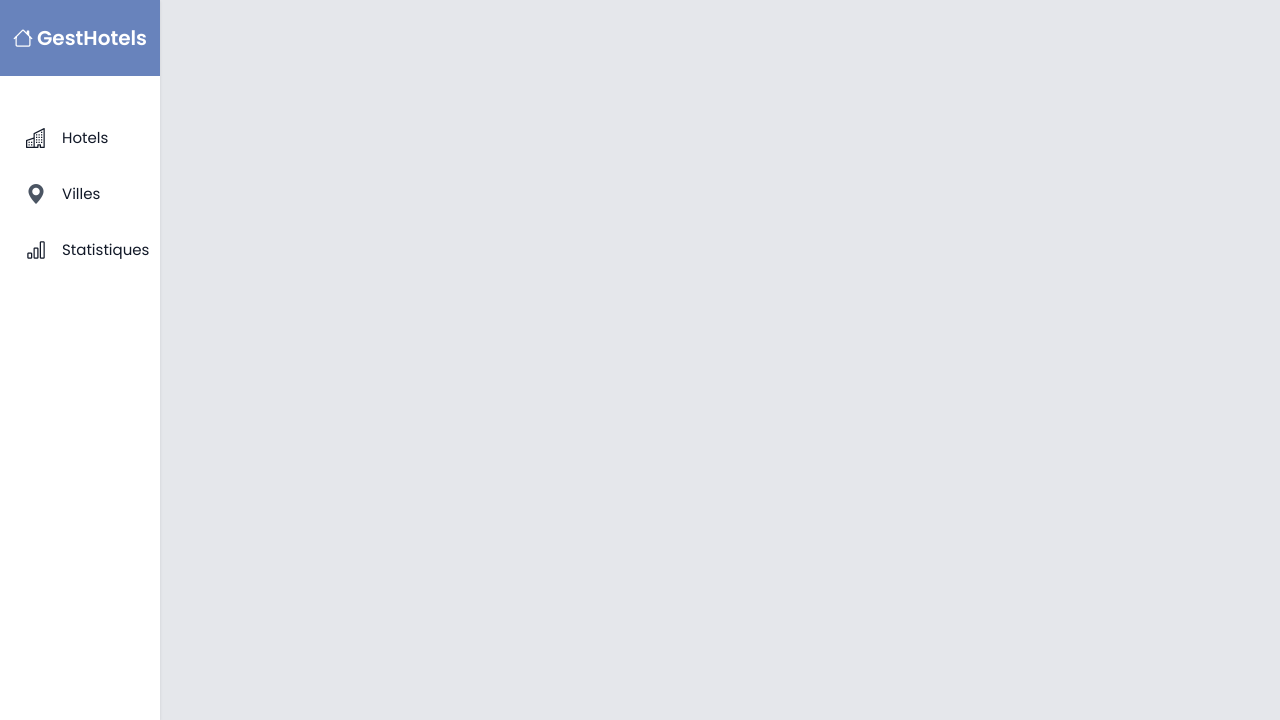
Repository: yahyamourid/GestHotelsEJB
Page: http://localhost/ISICEJBWeb/sidBar.jsp
An editor plug-in stored every save of this project. The page is shown before and after the next save, followed by the edit.
The browser window is 1280 px wide. The pictures show the whole page.
Some web libraries are served in a nearby version. The page is served by Tomcat 10. Nobody is signed in. The application's start-up code is not run.

Above is the page before, as saved 2023-12-01 16:11:59.
Console error: TypeError: Cannot read properties of null (reading 'classList')

After the next save:
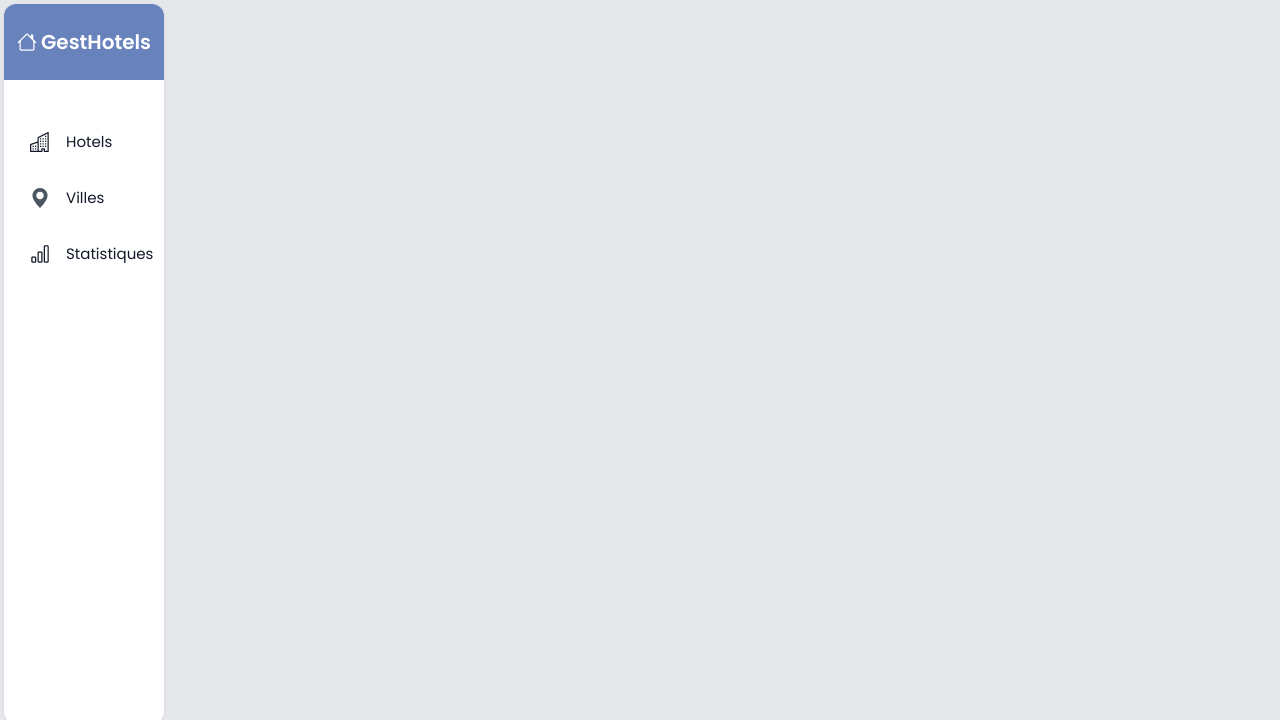
Saved 42 s later.
--- a/ISICEJBWeb/src/main/webapp/sidBar.jsp
+++ b/ISICEJBWeb/src/main/webapp/sidBar.jsp
@@ -34,7 +34,7 @@
 %>
 
         <div class="sidebar  fixed top-0 bottom-0 lg:left-0 left-[-300px] duration-1000
-               w-[160px] overflow-y-auto text-center  bg-white shadow h-screen">
+               w-[160px] overflow-y-auto text-center  bg-white shadow h-screen m-1 rounded-xl" >
 
 
             <div class=" text-xl">
